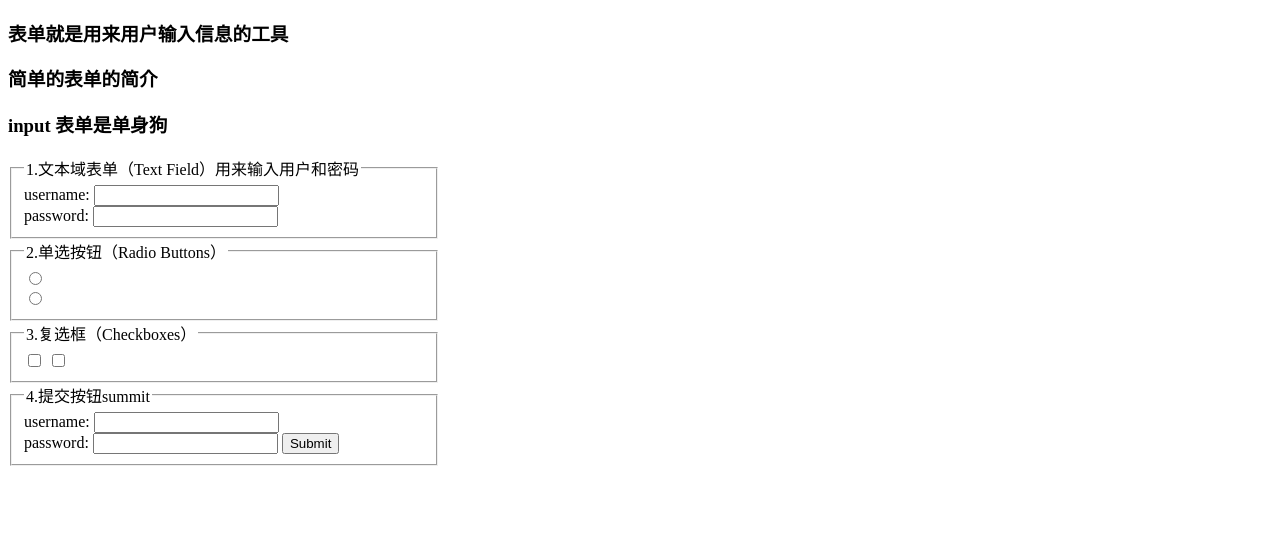
Repository: jarvanstack/vscode
Page: HTML/HTML中From表单.html
An editor plug-in stored every save of this project. The page is shown before and after the next save, followed by the edit.
The browser window is 1280 px wide. The pictures show the whole page.

Above is the page before, as saved 2020-06-11 09:57:55.

After the next save:
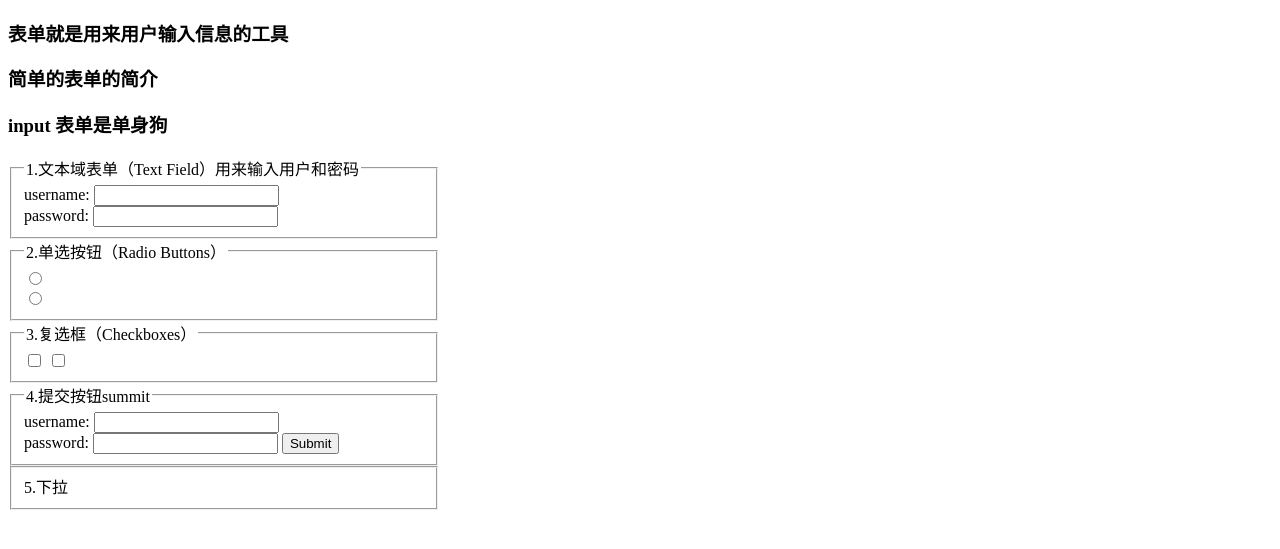
Saved 24 s later.
--- a/HTML/HTML中From表单.html
+++ b/HTML/HTML中From表单.html
@@ -66,7 +66,9 @@
             </span>
         </fieldset>
     </form>
-    <form action="post"></form>
+    <form action="post">
+        <fieldset>5.下拉</fieldset>
+    </form>
 </body>
 
 </html>
